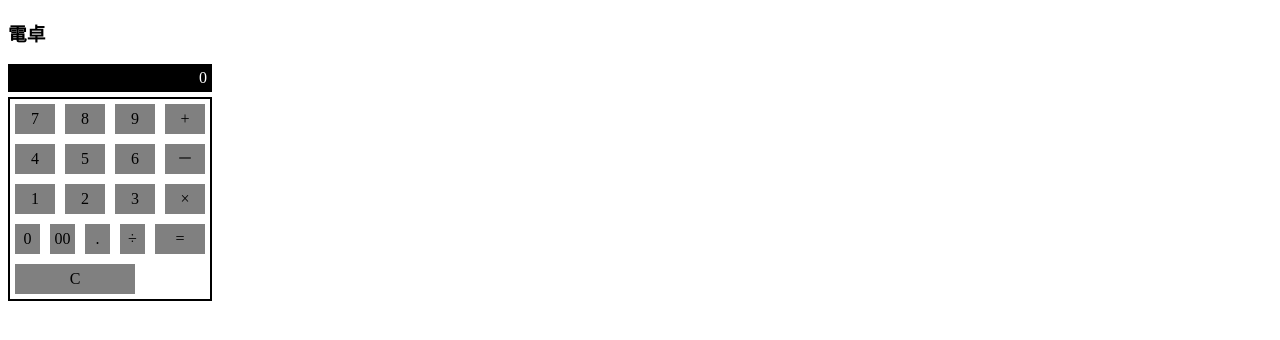
Repository: haya67/jsCalculator
Page: index.html
The author's editor kept a record of every edit. The page is drawn from the files as they stood at one moment, then again after the next edit.
The browser window is 1280 px wide. The pictures show the whole page.
Some web libraries are served in a nearby version.

Above is the page before.

### index.html
 <!DOCTYPE html>
 <html lang="en">
 <head>
 <meta charset="utf-8">
 <script src="https://code.jquery.com/jquery-3.2.1.js" integrity="sha256-DZAnKJ/6XZ9si04Hgrsxu/8s717jcIzLy3oi35EouyE=" crossorigin="anonymous"></script>
 <link rel="stylesheet" href="main.css">
 <title>電卓</title>
 </head>

 <body>
 <h3>電卓</h3>

 <!-- ここに記述していきましょう！ -->
 <div class = "container">

<!--      計算結果を出力する場所-->
      <div id = "output_total" class="output ">0</div>

<!--      計算過程を出力する -->
      <div id = "output_sub" class="output active">0</div>

<!--      ボタンを配置する場所-->
      <div class = 'input'>
          <section class = 'row'>
            <div class = "num_bth one_nine " data-index-id = 7 >7</div>
            <div class = "num_bth one_nine " data-index-id = 8 >8</div>
            <div class = "num_bth one_nine " data-index-id = 9 >9</div>
            <div class = "num_bth cal" data-index-id = '+'>+</div>
          </section>
          <section class = 'row'>
            <div class = "num_bth one_nine " data-index-id = 4 >4</div>
            <div class = "num_bth one_nine " data-index-id = 5 >5</div>
            <div class = "num_bth one_nine " data-index-id = 6 >6</div>
            <div class = "num_bth cal" data-index-id = '-'>－</div>
          </section>
          <section class = 'row'>
            <div class = "num_bth  one_nine" data-index-id = 1 >1</div>
            <div class = "num_bth  one_nine" data-index-id = 2 >2</div>
            <div class = "num_bth one_nine " data-index-id = 3 >3</div>
            <div class = "num_bth cal" data-index-id = '*'>×</div>
          </section>
          <section class = 'row'>
            <div class = "num_bth" id="zero" data-index-id = 0 >0</div>
            <div class = "num_bth" data-index-id = 00 >00</div>
            <div class = "num_bth" id="point" data-index-id = . >.</div>
            <div class = "num_bth cal" data-index-id= '/'>÷</div>
            <div id = 'equal_btn'>=</div>
          </section>
          <section class = 'row'>
            <div id = "clear">C</div>
          </section>
      </div>
    </div>

 <script src="main.js"></script>
 </body>
 </html>

### main.css
.container {
  width: 200px;
}

.output {
  width: 194px;
  text-align: right;
  padding: 5px;
  margin-bottom: 5px;
  color: white;
  background-color: black;
  /*box-sizing: border-box;*/
  display:none;
}

.output.active {
  display:block;
}

.input {
  width:200px;
  border: 2px solid black;
}

.row {
  display: flex;
  justify-content: space-between;
  width: 200px;
}

.num_bth {
  width: 60px;
  height: 30px;
  text-align: center;
  line-height: 30px;
  background: gray;
  cursor: pointer;
  margin: 5px;
}

#clear, #equal_btn{
  width: 120px;
  text-align: center;
  line-height: 30px;
  background: gray;
  cursor: pointer;
  margin: 5px;
}

### main.js
$(document).ready(function(){

    const num_bth = document.querySelectorAll('.num_bth');

    // 計算結果を表示する所
    let output_sub = document.getElementById('output_sub');

    // 計算過程を表示するところ
    const output_total = document.getElementById('output_total');

    // 計算式を表す変数
    let total = 0;

    // // 最初の状態を定義
    let state = 'start';

    // 最初の整数入力モード
    let mode = 'integer_mode';


    // 1~9を押した時
    const one_nine = document.querySelectorAll ('.one_nine');
    one_nine.forEach(index => {
        index.addEventListener('click', () => {
            if(state === 'start') {
                total = index.dataset.indexId;
            }else if (state === 'finish') {
                reset();
                total = index.dataset.indexId;
            }else if (state === 'calculation' ) {
                total += index.dataset.indexId;
            }
            output_sub.textContent = total;
            state = 'calculation'
            // changeOutput()
        });
    });


    // 0を押したとき
    const zero = document.getElementById('zero');
    zero.addEventListener('click', () => {
        if(state === 'start' || state === 'finish' || state === 'calBtn'){
            if(output_sub.textContent.slice(-1) === '0') {
                console('前の文字はゼロ');
                return;
            }
        }

        if(state === 'start') {
            total = zero.dataset.indexId;
        }else {
            total += zero.dataset.indexId;
        }
        output_sub.textContent = total;
    });


    // .を押したとき
    const point = document.getElementById('point');
    point.addEventListener('click' , () => {
        console.log(point.dataset.indexId)
        if(mode === 'decimal_mode') {
            return;
        }
        if (state === 'start' || state === 'finish' ) {
            total = 0;
        }else if(state = 'calBtn') {
            if(output_sub.textContent.slice(-1) !=='0'){
                total += 0;
            }
        }
        total += point.dataset.indexId

        output_sub.textContent = total;
        state = 'calculation';
        mode = 'decimal_mode';

    });

    // +÷-×を押したとき
    const cal = document.querySelectorAll('.cal');
    cal.forEach(index => {
        index.addEventListener('click' , () => {
            if (state === 'start') {
                return;
            }else if(state === 'calculation') {
                total += index.dataset.indexId;
            }else if(state === 'finish') {
                total = output_total.textContent;
                total += index.dataset.indexId;
                output_total.textContent = 0;
            }
            console.log(index.dataset.indexId);
            output_sub.textContent = total;
            state = 'calBtn';
            mode = 'integer_mode';
        });
    });




    // =を押した時
    const equal_btn = document.getElementById('equal_btn');
    equal_btn.addEventListener('click', () => {
        console.log(eval(total));
        output_total.textContent = eval(total);
        state = 'finish';
        mode = 'integer_mode';
    });


    // Cを押した時
    const clear = document.getElementById('clear')
    clear.addEventListener('click' , () =>{
        reset();
    });

    function reset() {
        total = 0;
        output_sub.textContent = 0;
        output_total.textContent = 0;
        mode = 'integer_mode';
    };


    // // 計算過程画面と計算結果画面の切り替え
    function changeOutput() {
        if (state === 'finish') {
            output_total.classList.add('active');
            output_sub.classList.remove('active');
        } else{
            output_sub.classList.add('active');
            output_total.classList.remove('active');
        }
    };





})

After the next edit:
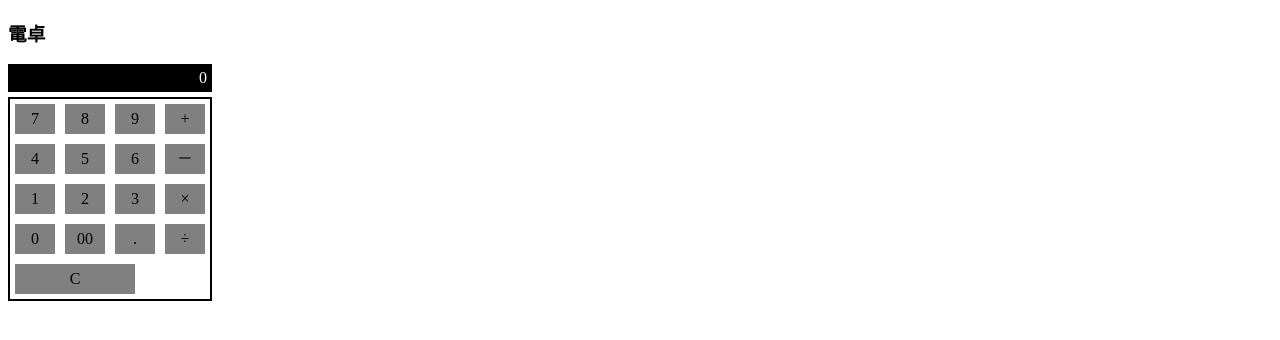
Console error: TypeError: Cannot read properties of null (reading 'addEventListener')
The edit:
--- a/index.html
+++ b/index.html
@@ -44,7 +44,6 @@
             <div class = "num_bth" data-index-id = 00 >00</div>
             <div class = "num_bth" id="point" data-index-id = . >.</div>
             <div class = "num_bth cal" data-index-id= '/'>÷</div>
-            <div id = 'equal_btn'>=</div>
           </section>
           <section class = 'row'>
             <div id = "clear">C</div>

After the edit that followed:
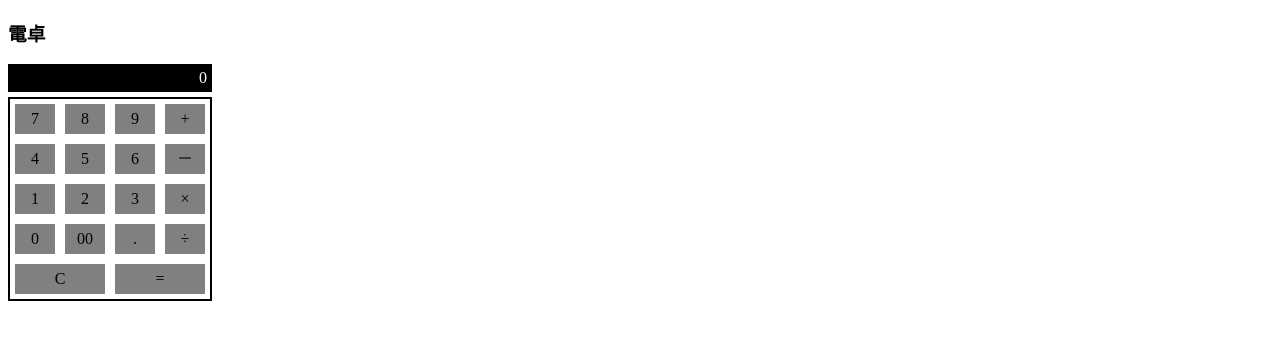
The error is gone.
The edit:
--- a/index.html
+++ b/index.html
@@ -47,6 +47,7 @@
           </section>
           <section class = 'row'>
             <div id = "clear">C</div>
+            <div id = 'equal_btn'>=</div>
           </section>
       </div>
     </div>
